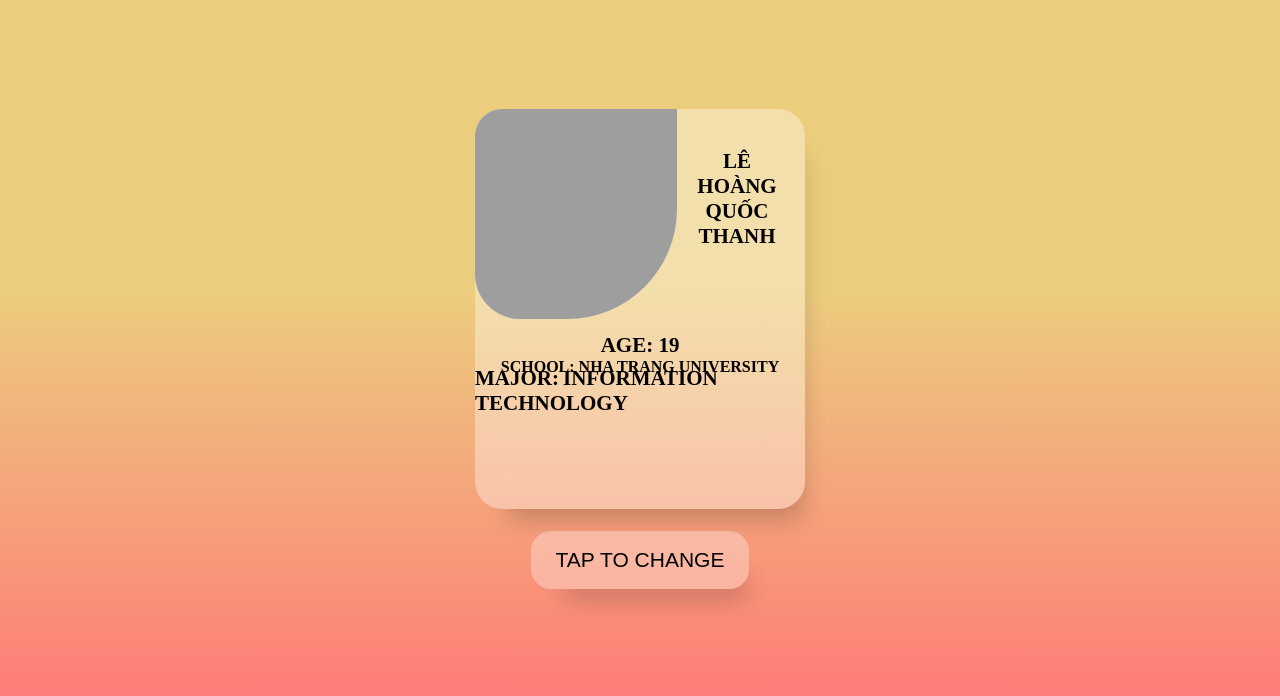
Repository: ThanhThn/profile
Page: index.html
An editor plug-in stored every save of this project. The page is shown before and after the next save, followed by the edit.
The browser window is 1280 px wide. The pictures show the whole page.
Pictures or frames that could not be fetched are drawn as grey boxes. Some web fonts or font styles are not loaded; a fallback is used.

Above is the page before, as saved 2022-12-05 20:09:59.

After the next save:
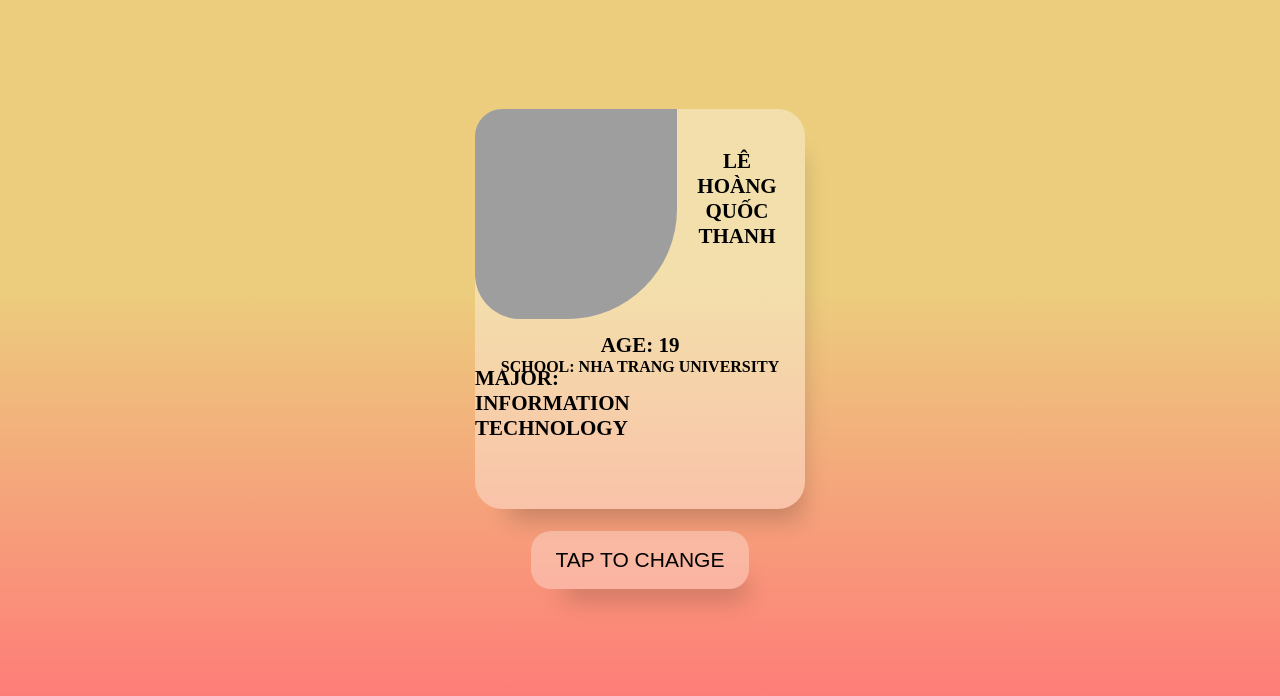
Saved 52 s later.
--- a/style.css
+++ b/style.css
@@ -66,6 +66,10 @@ span{
     top:10px;
 }
 
+.major{
+    width: 214px;
+    height: 72px;
+}
 .btn{
     background: rgba(255, 255, 255, .3);
     width: 218px;
